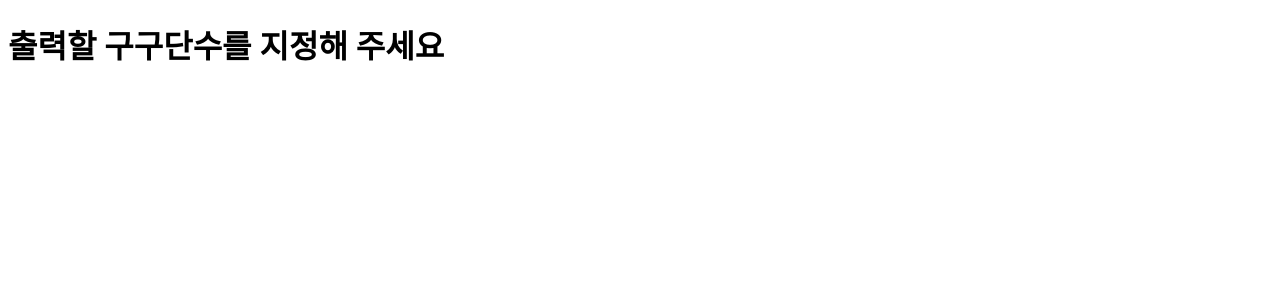
Repository: JaeHyun-Ban/Book_JavaWeb
Page: pro06/WebContent/test01/gugu.html
The author's editor kept a copy of each file at every save. The page is drawn from the files as they stood at one save, then again after the next save.
The browser window is 1280 px wide. The pictures show the whole page.

Above is the page before, as saved 2020-08-14 06:48:25.

After the next save:
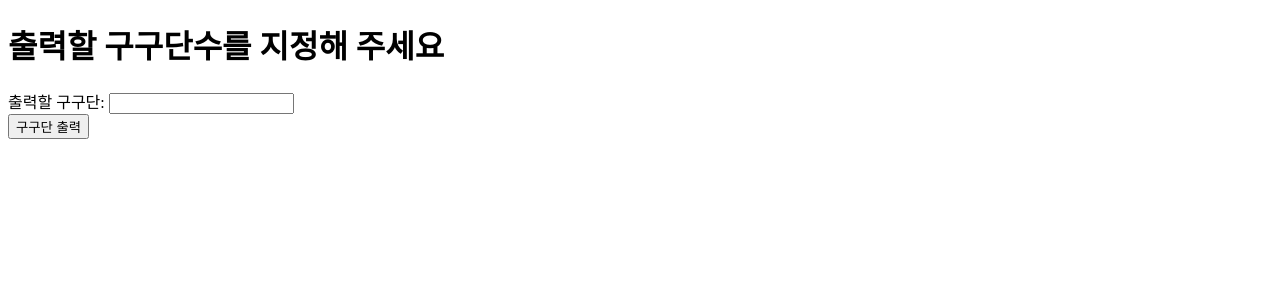
Saved 63 s later.
--- a/pro06/WebContent/test01/gugu.html
+++ b/pro06/WebContent/test01/gugu.html
@@ -6,5 +6,12 @@
 </head>
 <body>
 	<h1>출력할 구구단수를 지정해 주세요</h1>
+	<form method="get" action="/pro06/guguTeest">
+		출력할 구구단: <input type="text" name="dan" /><br>
+		<input type="submit" value="구구단 출력" />
+
+	</form>
+
+
 </body>
 </html>
